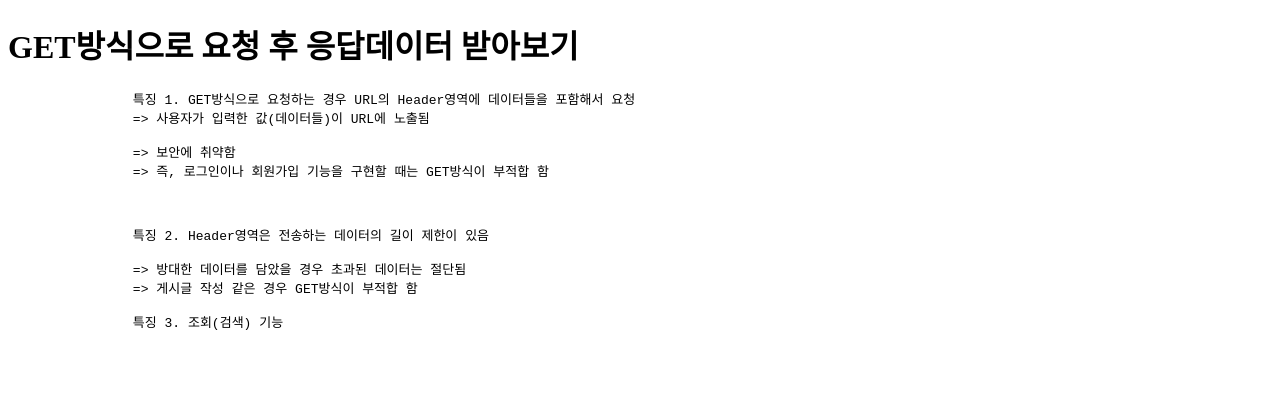
Repository: MiadongDeersfeet/webservice
Page: MyFirstWebProject/src/main/webapp/views/request_get.html
These files come from the project's save history. The page is drawn as it stood at one moment and after the next save; the edit follows.
The browser window is 1280 px wide. The pictures show the whole page.

Above is the page before, as saved 2025-09-22 07:42:51.

### MyFirstWebProject/src/main/webapp/views/request_get.html
<!DOCTYPE html>
<html>
<head>
<meta charset="UTF-8">
<title>Get 방식 요청 테스트</title>
<style>
	ul {
		list-style: none;
		line-height: 200%;
	}
</style>
</head>
<body>
	<h1>GET방식으로 요청 후 응답데이터 받아보기</h1>

	<pre>
		특징 1. GET방식으로 요청하는 경우 URL의 Header영역에 데이터들을 포함해서 요청
		=> 사용자가 입력한 값(데이터들)이 URL에 노출됨 <br>
		=> 보안에 취약함
		=> 즉, 로그인이나 회원가입 기능을 구현할 때는 GET방식이 부적합 함 <br><br>

		특징 2. Header영역은 전송하는 데이터의 길이 제한이 있음 <br>
		=> 방대한 데이터를 담았을 경우 초과된 데이터는 절단됨
		=> 게시글 작성 같은 경우 GET방식이 부적합 함

		특징 3. 조회(검색) 기능

	</pre>
</body>
</html>

After the next save:
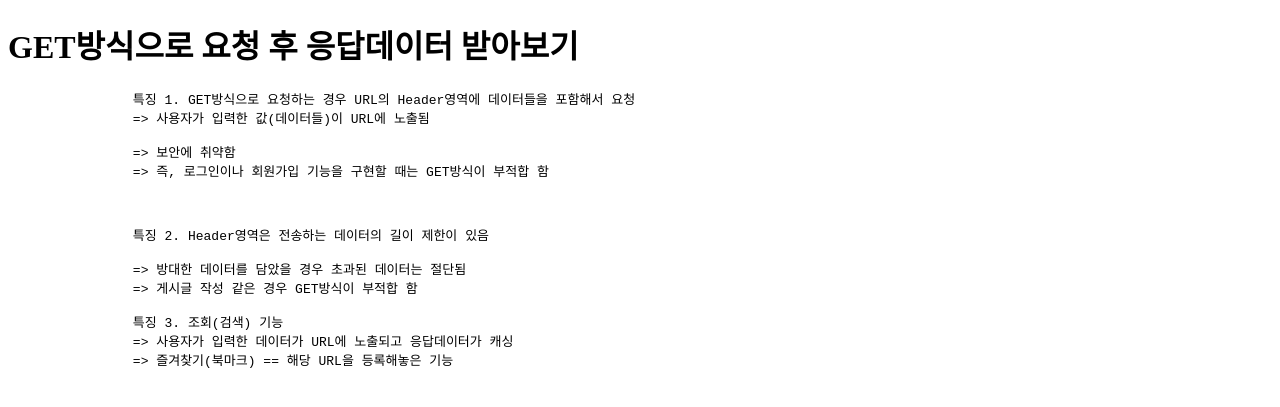
Saved 6 min 11 s later.
--- a/MyFirstWebProject/src/main/webapp/views/request_get.html
+++ b/MyFirstWebProject/src/main/webapp/views/request_get.html
@@ -24,7 +24,8 @@
 		=> 게시글 작성 같은 경우 GET방식이 부적합 함
 
 		특징 3. 조회(검색) 기능
-
+		=> 사용자가 입력한 데이터가 URL에 노출되고 응답데이터가 캐싱
+		=> 즐겨찾기(북마크) == 해당 URL을 등록해놓은 기능
 	</pre>
 </body>
 </html>
